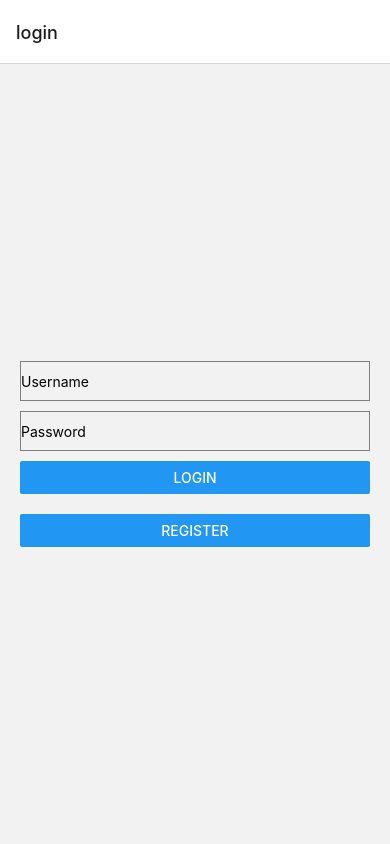
Repository: RidenShogunei/reactnative--make-an-app
Screen: / (app in Myapp/)
An editor plug-in stored every save of this project. The screen is shown before and after the next save, followed by the edit.
The app was drawn by React Native's web renderer in a window 390 px wide. The project was rebuilt for these pictures with package versions that can differ from the ones it lists, and the page was loaded fresh each time. Also part of the build but not shown: Myapp/pages/register.jsx.

Above is the screen before, as saved 2024-04-20 19:17:37.

After the next save:
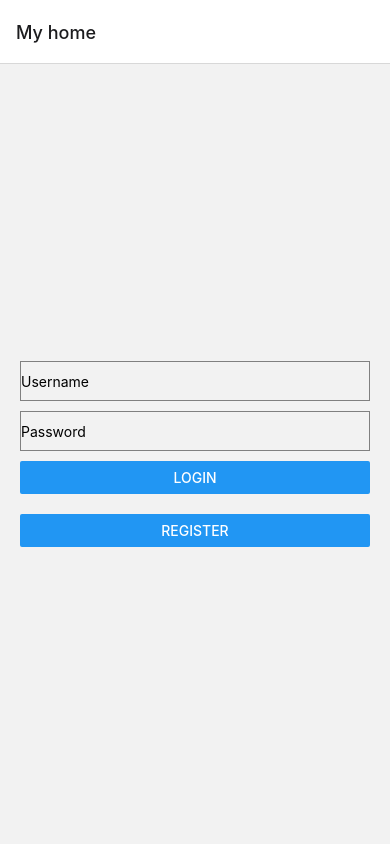
Saved 5 s later.
--- a/Myapp/App.js
+++ b/Myapp/App.js
@@ -8,7 +8,7 @@ function App() {
   return (
     <NavigationContainer>
       <Stack.Navigator initialRouteName="Home">
-        <Stack.Screen name="login" component={Login} />
+        <Stack.Screen name="login" component={Login} options={{ title: 'My home' }}/>
         <Stack.Screen name="register" component={Register} />
       </Stack.Navigator>
     </NavigationContainer>
